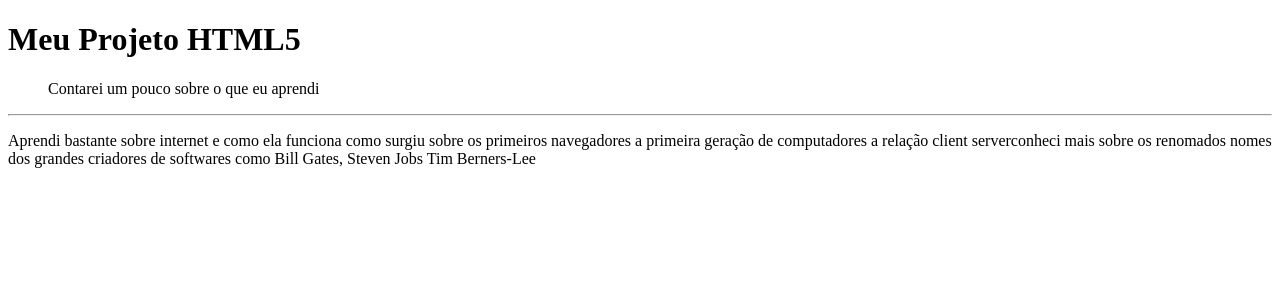
Repository: gustavotwist/meu-html
Page: index.html
An editor plug-in stored every save of this project. The page is shown before and after the next save, followed by the edit.
The browser window is 1280 px wide. The pictures show the whole page.

Above is the page before, as saved 2024-04-24 22:01:29.

### index.html
<!DOCTYPE html>
<html lang="pt-br">
<head>
    <meta charset="UTF-8">
    <meta name="viewport" content="width=device-width, initial-scale=1.0">
    <title>Projeto HTML</title>
</head>
<body>
    <h1>Meu Projeto HTML5</h1>
    <blockquote>Contarei um pouco sobre o que eu aprendi</blockquote><hr>

    <p>Aprendi bastante sobre internet e como ela funciona como surgiu sobre os primeiros navegadores a primeira geração de computadores a relação client serverconheci mais sobre os renomados nomes dos grandes criadores de softwares como Bill Gates, Steven Jobs Tim Berners-Lee </p>
    <p></p>


</body>
</html>

After the next save:
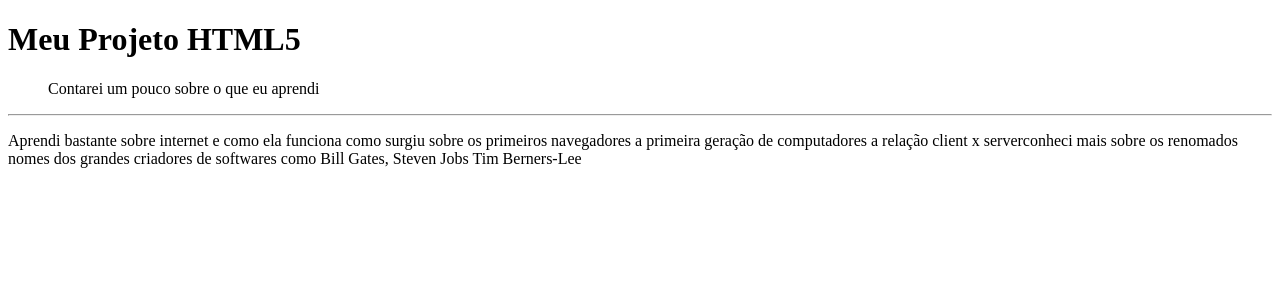
Saved 7 s later.
--- a/index.html
+++ b/index.html
@@ -9,7 +9,7 @@
     <h1>Meu Projeto HTML5</h1>
     <blockquote>Contarei um pouco sobre o que eu aprendi</blockquote><hr>
 
-    <p>Aprendi bastante sobre internet e como ela funciona como surgiu sobre os primeiros navegadores a primeira geração de computadores a relação client serverconheci mais sobre os renomados nomes dos grandes criadores de softwares como Bill Gates, Steven Jobs Tim Berners-Lee </p>
+    <p>Aprendi bastante sobre internet e como ela funciona como surgiu sobre os primeiros navegadores a primeira geração de computadores a relação client x serverconheci mais sobre os renomados nomes dos grandes criadores de softwares como Bill Gates, Steven Jobs Tim Berners-Lee </p>
     <p></p>
 
 
